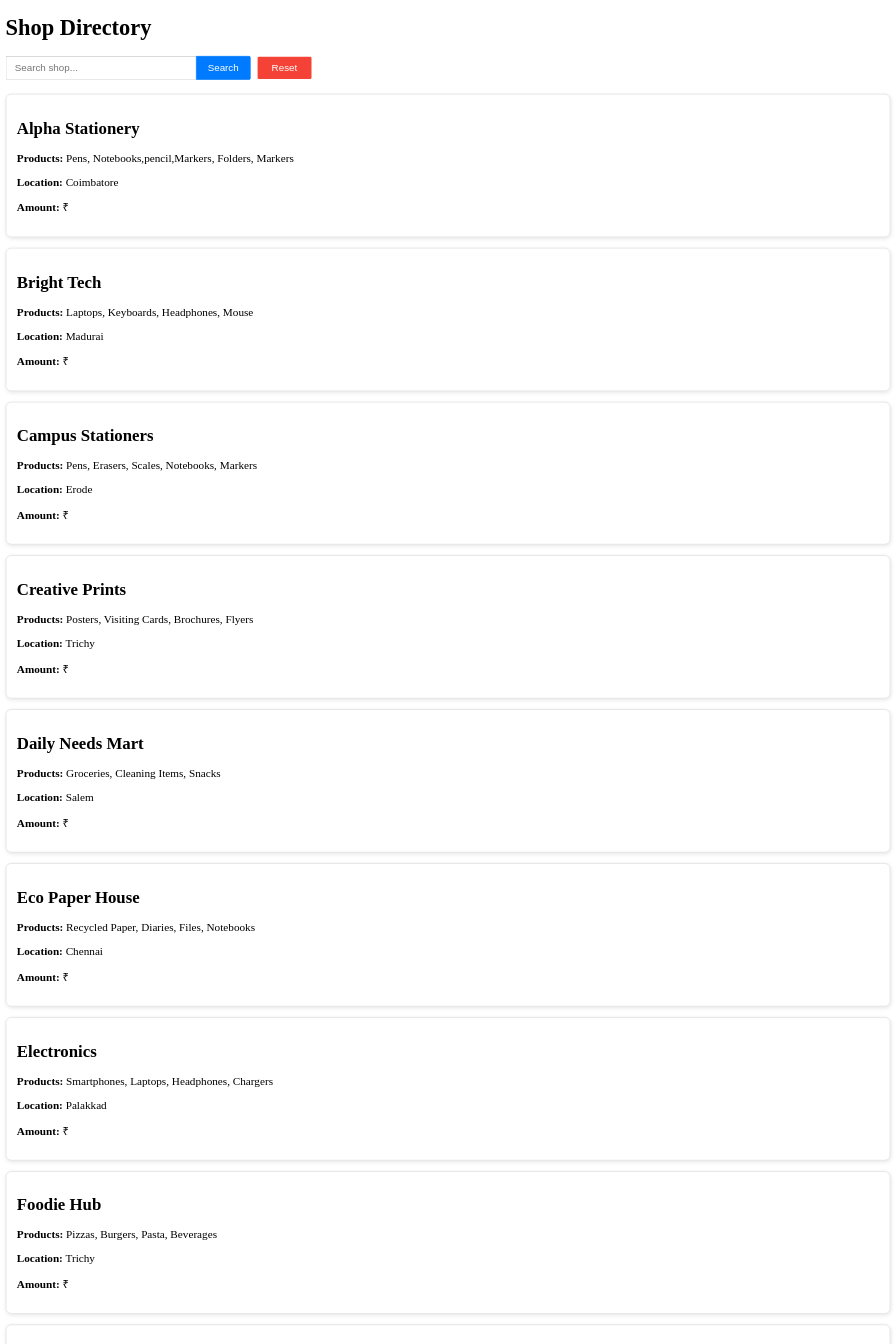
Repository: Pavithra-09git/CarSort
Page: /
These files come from the project's save history. The page is drawn as it stood at one moment and after a run of saves; the edit follows.
The browser window is 1280 px wide. The pictures show the part of the page from y = 0 to 1920 px (the page is 6721 px tall before and 5221 px after), at 70% of full size.
The project was rebuilt for these pictures with package versions that can differ from the ones it lists, and the page was loaded fresh each time. Also part of the build but not shown: vite.config.js.

Above is the page before, as saved 2025-10-26 12:53:25.

After the next 3 saves:
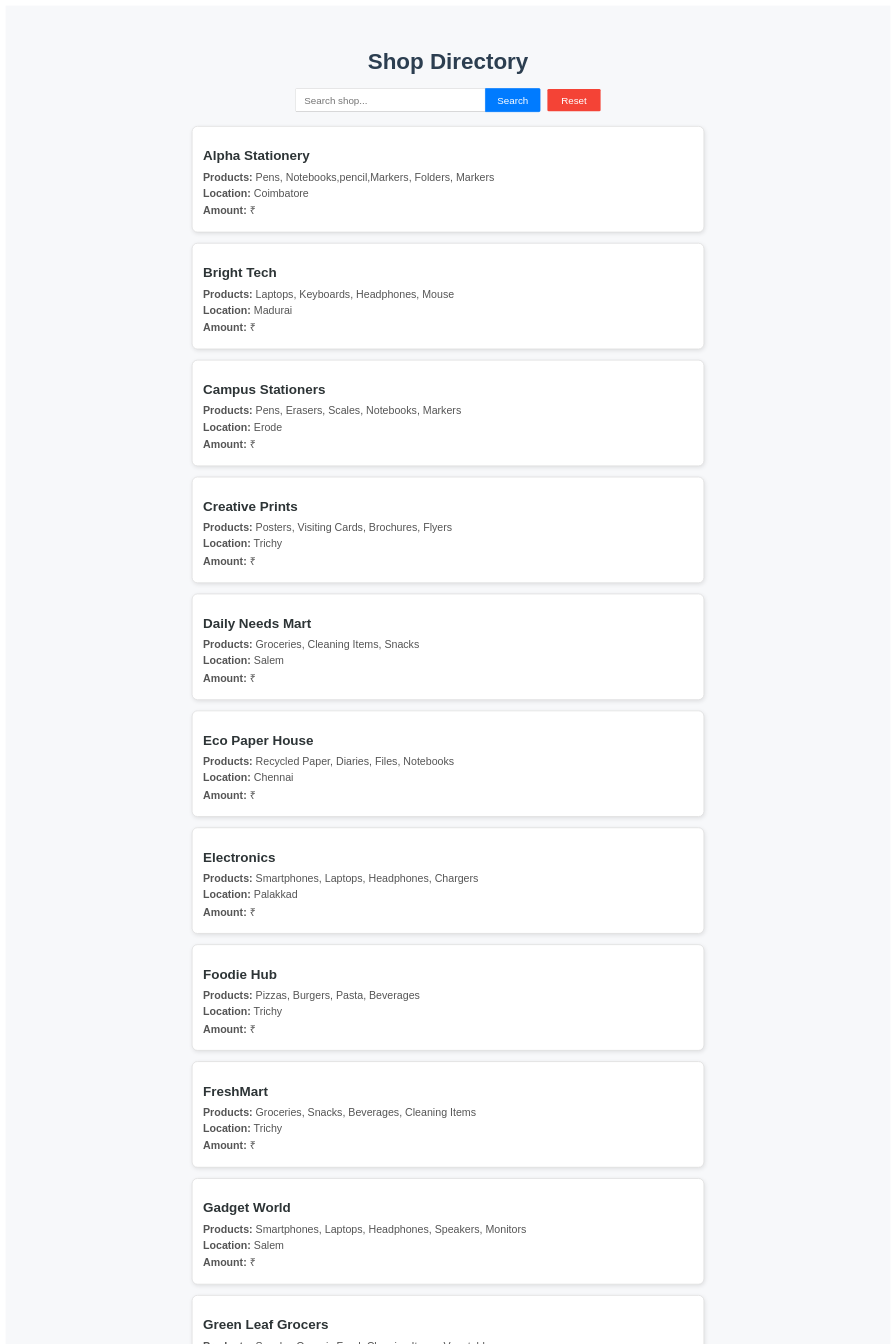
The 3 saves are shown as one change because they came seconds apart.
The last was saved 103 s later.
--- a/src/App.css
+++ b/src/App.css
@@ -1,3 +1,84 @@
+/* Main container */
+.container {
+  min-height: 100vh;
+  background-color: #f7f8fa;
+  display: flex;
+  flex-direction: column;
+  align-items: center;
+  padding: 40px 20px;
+  font-family: "Poppins", sans-serif;
+}
+
+/* Title */
+h1 {
+  color: #2c3e50;
+  margin-bottom: 20px;
+  font-size: 2rem;
+  text-align: center;
+}
+
+/* Search bar */
+.search-box {
+  width: 100%;
+  max-width: 400px;
+  padding: 10px 15px;
+  border: 1px solid #ccc;
+  border-radius: 8px;
+  outline: none;
+  font-size: 16px;
+  transition: 0.3s;
+  margin-bottom: 30px;
+}
+
+.search-box:focus {
+  border-color: #007bff;
+  box-shadow: 0 0 5px rgba(0, 123, 255, 0.3);
+}
+
+/* Cards vertical layout */
+.card-column {
+  display: flex;
+  flex-direction: column;
+  align-items: center;
+  gap: 20px;
+  width: 100%;
+  max-width: 700px;
+}
+
+/* Individual card */
+.card {
+  background-color: white;
+  border-radius: 12px;
+  box-shadow: 0 4px 10px rgba(0, 0, 0, 0.1);
+  width: 100%;
+  padding: 20px;
+  transition: transform 0.3s ease, box-shadow 0.3s ease;
+}
+
+.card:hover {
+  transform: translateY(-5px);
+  box-shadow: 0 6px 15px rgba(0, 0, 0, 0.15);
+}
+
+/* Card text */
+.card h2 {
+  font-size: 1.2rem;
+  color: #2d3436;
+  margin-bottom: 10px;
+}
+
+.card p {
+  font-size: 0.95rem;
+  color: #555;
+  margin: 6px 0;
+}
+
+/* No result text */
+.no-result {
+  color: #777;
+  text-align: center;
+  font-size: 1rem;
+}
 .search-form {
   display: flex;
   flex-wrap: wrap;
